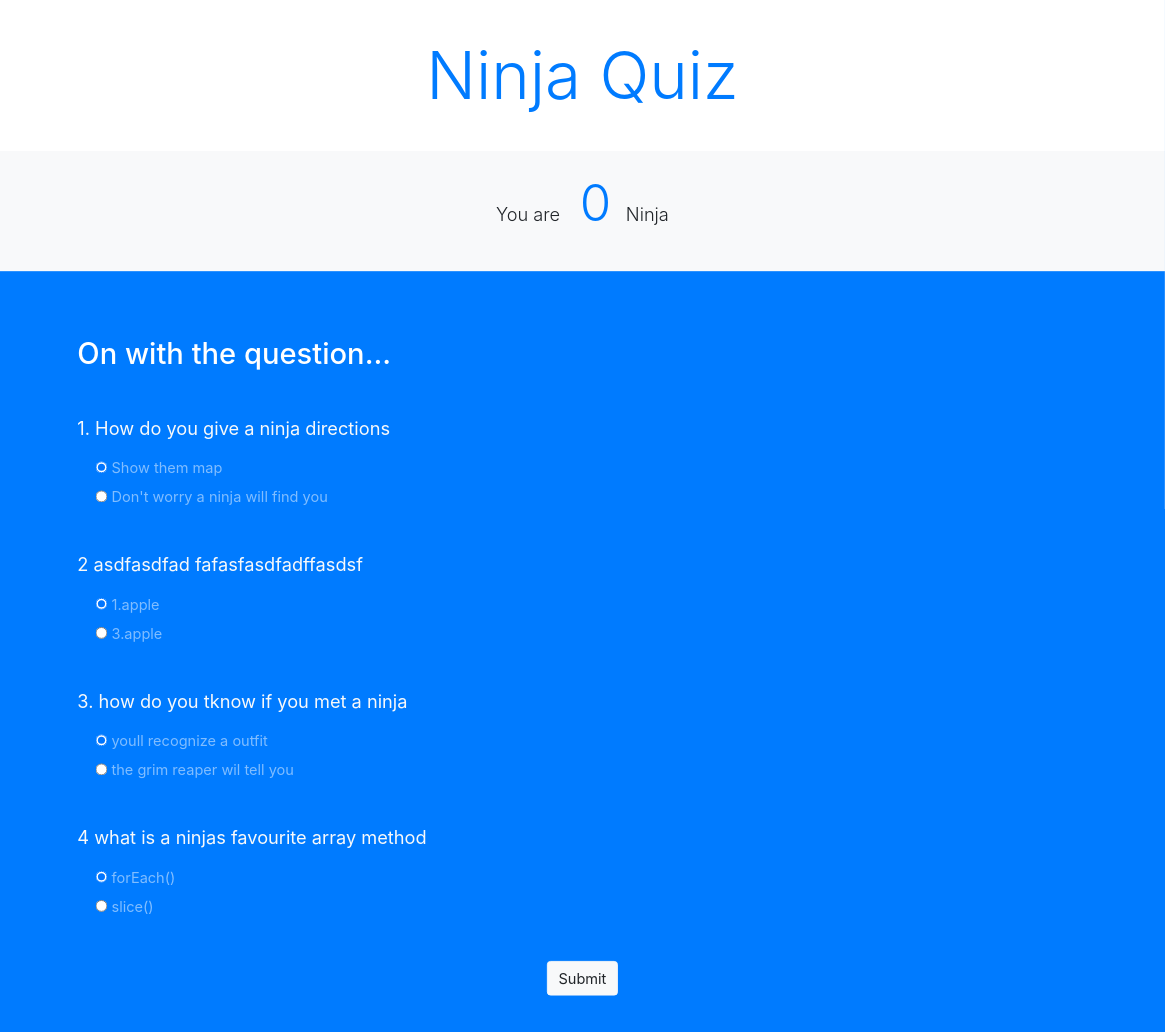
Repository: ajgors/config
Page: Nauka Js/Projekty/Quiz/index.html
These files come from the project's save history. The page is drawn as it stood at one moment and after the next save; the edit follows.
The browser window is 1280 px wide. The pictures show the whole page, at 91% of full size.
After loading, the first visible `form.quiz-form` was submitted once.

Above is the page before, as saved 2019-08-11 18:04:27.

After the next save:
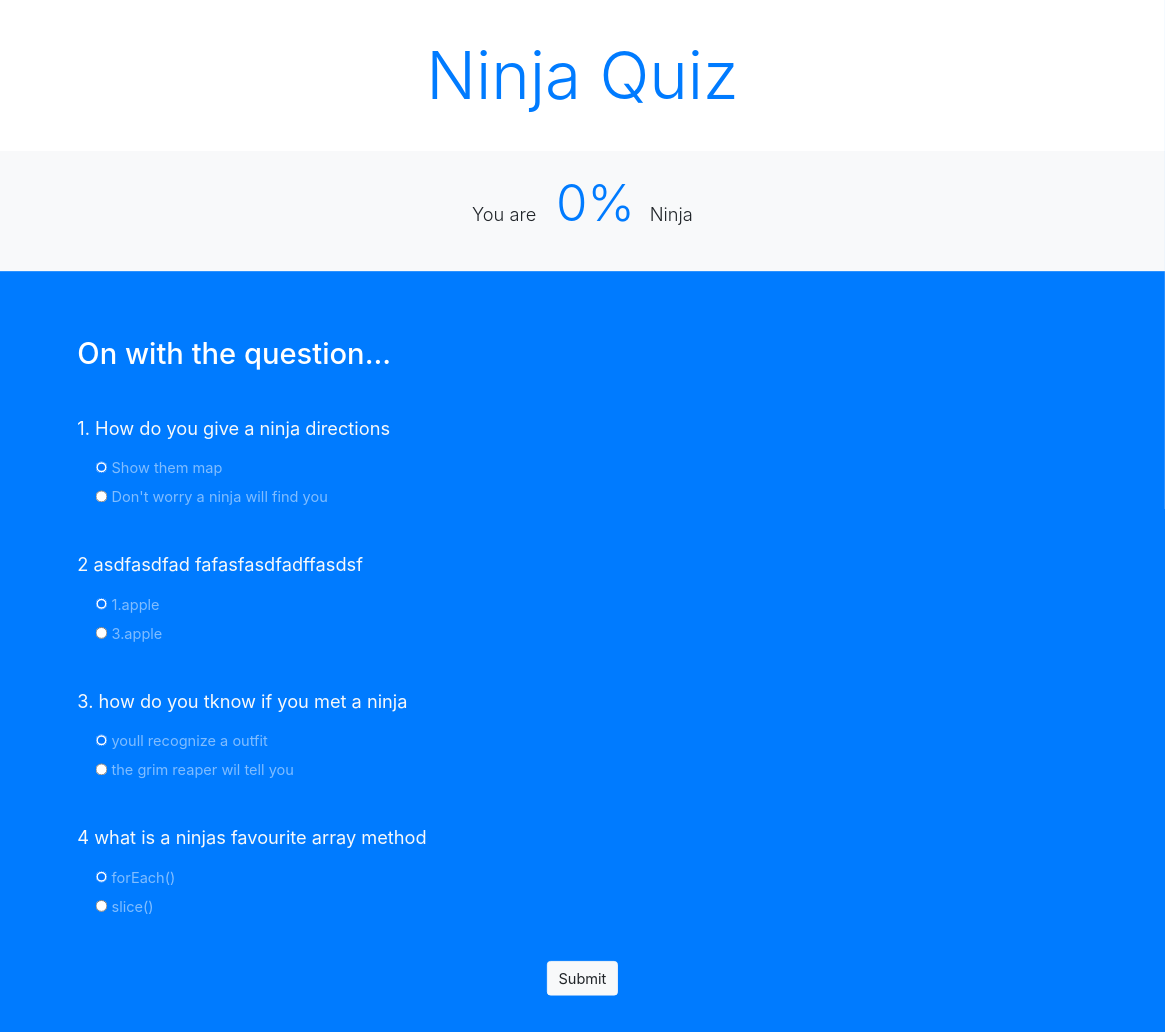
Saved 24 s later.
--- a/Nauka Js/Projekty/Quiz/js.js
+++ b/Nauka Js/Projekty/Quiz/js.js
@@ -26,7 +26,7 @@ form.addEventListener('submit', e=>{
 
     let output = 0;
     const timer = setInterval(()=>{
-        spanResult.textContent = output
+        spanResult.textContent = `${output}%`
         if(output === score){
             clearInterval(timer);
         } else {
